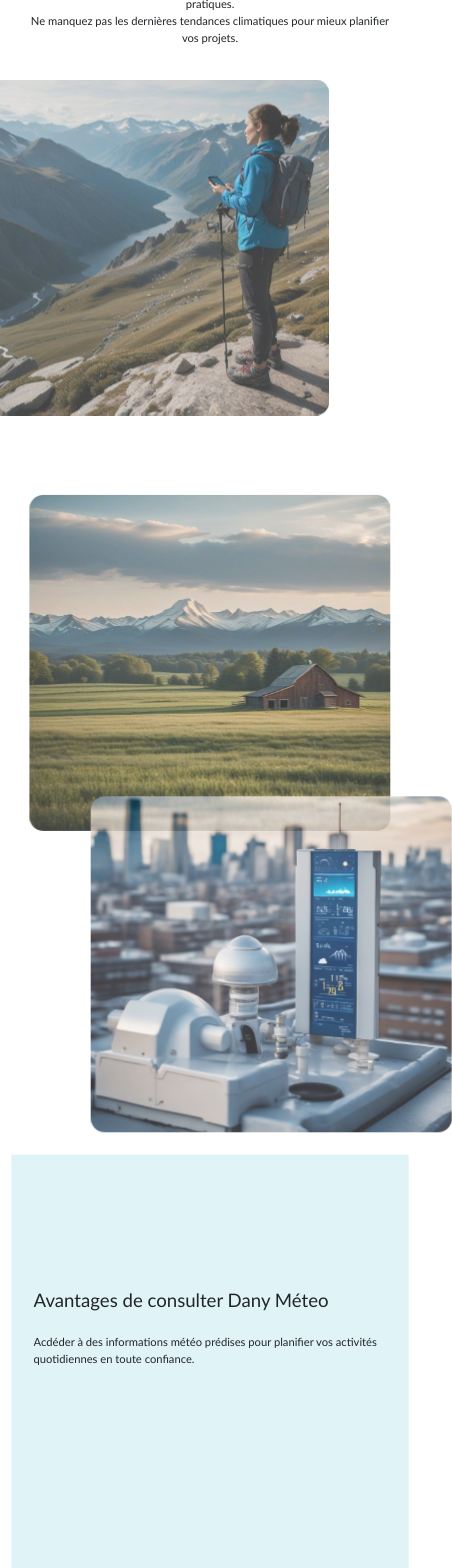
Repository: Dany-py/Meteo
Page: Meteo/templates/Accueil.html
The author's editor kept a copy of each file at every save. The page is drawn from the files as they stood at one save, then again after a run of saves.
The browser window is 600 px wide. The page is 646 px wide, then 600 px, so the pictures cover 646 px, including what lies to the right of the window. The pictures show the part of the page from y = 1012 to 3252 px (the page is 4440 px tall), at 70% of full size.
The template is drawn by Django 5.2. The application's start-up code is not run. Other server files are loaded and not shown. The template is opened directly, without the code that normally fills it, so the values that code supplies are empty.

Above is the page before, as saved 2024-11-27 13:26:09.
Console error: TypeError: Cannot read properties of null (reading 'addEventListener')

### MeteoDjango/MeteoDjango/Meteo/templates/Accueil.html
{% load static %}

<!DOCTYPE html>
<html>

<head>
  <meta charset="utf-8">
  <meta name="viewport" content="width=device-width">
  <title>Accueil</title>
  <link href="https://cdn.jsdelivr.net/npm/bootstrap@5.3.3/dist/css/bootstrap.min.css" rel="stylesheet" integrity="sha384-QWTKZyjpPEjISv5WaRU9OFeRpok6YctnYmDr5pNlyT2bRjXh0JMhjY6hW+ALEwIH" crossorigin="anonymous">
  <script src="https://cdn.jsdelivr.net/npm/bootstrap@5.3.3/dist/js/bootstrap.bundle.min.js" integrity="sha384-YvpcrYf0tY3lHB60NNkmXc5s9fDVZLESaAA55NDzOxhy9GkcIdslK1eN7N6jIeHz" crossorigin="anonymous"></script>

  <link rel="stylesheet" href="{% static 'css/accueil.css' %}">
</head>

<body>
  <nav class="navbar navbar-expand-md" style="background-color:#FBFCFC; position: fixed; width: 100%; top: 0;">

    <div class="container" id="nav">
      <div class="row">
        <div class="col-md-5"></div>
        <div class="col-md-7">
          <div class="row">
            <div class="col-md-4">
              <a class = "btn" href = "{% url 'Meteo:accueil' %}">
                Accueil
              </a>
            </div>
            <div class="col-md-4">
              <a class = "btn" href = "{% url 'Meteo:about' %}">
                About
              </a>
            </div>
            <div class="col-md-4">
              <a class = "btn" href = "{% url 'Meteo:contact' %}">
                Contacts
              </a>
            </div>
          </div>
        </div>
      </div>
    </div>
  </nav>

  <div class = "container-fluid" id = "introduction">

    <h1>Bienvenue sur Dany Meteo</h1>
    <br><br><br><br>
    <p>Découvrez les prévisions météo locales et des conseils pratiques pour comprendre les tendances climatiques.</p>
    <br><br><br><br>
    <a href="#main_div">Commençons</a>
  </div>


  <div class = "container" id = "div3">
    <h3>
      Explorez les Ressources Météo Locales
    </h3><br><br>
    <p>
      Restez informé avec nos prévisions locales détaillées et nos conseils pratiques.<br>Ne manquez pas les dernières tendances climatiques pour mieux planifier vos projets.
    </p>

    <div class="row">
      <div class="col-md-4">
        <img src="{% static 'img/img2.jpg' %}" id = "slide1" alt="">
      </div>
      <div class="col-md-4">
        <img src="{% static 'img/img1.jpg' %}" id = "slide2"alt="">
      </div>
      <div class="col-md-4">
        <img src="{% static 'img/img4.jpeg' %}" id = "slide3" alt="">
      </div>
    </div>
  </div>


  <div class="container-fluid" id="div2">
    <div class="writen">
      <h2>Avantages de consulter Dany Méteo</h2> <br>
      <p>Acdéder à des informations météo prédises pour planifier vos activités quotidiennes en toute confiance.</p>

    </div>

    <div class="figure">
      <img src="{% static 'img/img3.jpg' %}">

      <span class="under_figure">
        <img src="{% static 'img/neige.png' %}" id="icon1">
        <h3>1.245</h3><br>
        <p>Prédictions météo exacte ce mois-ci</p>
      </span>
    </div>
  </div>

  <div class = "container" id="parent_main_div">
    <div class = "row">
      <div class = "col-md-4"></div>
      <div class = "col-md-4" id = "main_div">
        <input type="text" placeholder="Ville">
        <br><br>
        <button id = "Valider">Valider</button>
      </div>
      <div class = "col-md-4"></div>
    </div>
  </div>



  <div class = "container text-center" id="img5" style="margin-top: 2em;">
    <h4>Votre satisfaction est notre préocupation</h4>

    <img src="{% static 'img/img5.jpeg' %}">
  </div>

  <footer>
    <div class="container-fluid text-center">
      <p1>
        <br><br><br>
        Copyright &copy; 2024 Dany Meteo. Tous droits réservés.
      </p1>
    </div>
  </footer>
  <script src="{% static 'js/Accueil.js' %}" type = module></script>
</body>

</html>

### MeteoDjango/MeteoDjango/Meteo/static/css/accueil.css

body{
  font-family: Gill Sans, sans-serif;
  padding: 1em;
  align-items: center;
  justify-content: center;
}

button{
  background-color: #5eed8d;
  text-align: center;
  border : none;
  border-radius: 30px;
  width : 9rem;
  height: 50px;
}

h{
  font-weight: 900;
}


#introduction{
  text-align: center;
  margin-top: 2em;
  padding: 13em;
  border-radius: 2px;
  background: rgb(238,238,238);
  background: linear-gradient(34deg, rgba(238,238,238,0.34905660377358494) 26%, rgba(166,219,238,1) 46%, rgba(241,244,245,1) 71%);
}

a{
  text-decoration: none;
  color: black;
  background-color: #f0c85b;
  text-align: center;
  border : none;
  border-radius: 30px;
}

@keyframes slide {
  0% {

    opacity: 0;
  }
  100% {

    opacity: 1;
  }
}

@keyframes slideIn {
  0% {
    transform: translateX(-100%);
    opacity: 0;
  }
  100% {
    transform: translateX(0);
    opacity: 1;
  }
}

@keyframes slideOut {
  0% {
    transform: translateX(100%);
    opacity: 0;
  }
  100% {
    transform: translateX(0);
    opacity: 1;
  }
}

@keyframes slideDown {
  0% {
    transform: translateY(100%);
    opacity: 0;
  }
  100% {
    transform: translateX(0);
    opacity: 1;
  }
}


#img5{
  width: 100%;
  height: 70%;
  animation: slide 7s ease-in-out infinite;
}

img{
  width: 100%;
  height: 30rem;
  border-radius: 20px;
  margin-top: 2em;

}

#parent_main_div{
  display: flex;
  flex-grow: 1;
  flex-direction: column;
  justify-content: center;
  align-items: center;
}

#main_div{
  display: flex;
  flex-wrap: wrap;
  flex-direction: column;
  justify-content: center;
  align-items: center;
  background-color: #c8eef5;
  margin-top: 2em;
  width : 25rem;
  height: 20rem;
  border-radius: 30px;
}


input{
  border: none;
  text-align : center;
  width : 11rem;
  height: 3em;
  border-radius : 20px;
}


#div2{
  background-color: #e0f4f8;
  margin-top: 7em;
  padding: 5rem;
  width: 100%;
  height: 55rem;
}

.writen{
  transform: translateY(20rem);
}
.figure{
  float: right;
  width: 25rem;
  height: 10rem;
  display: flex;
  flex-grow: 1;
}
.figure img{
  border-radius: 0;
  flex-grow: 1;
}

.under_figure{
  background-color: #73a6e0;
  width: 25rem;
  height: 15rem;
  position: absolute;
  padding: 2em;
  margin-top: 20em;
}

#icon1{
  width: 3rem;
  height: 3rem;
}

#div3{
  text-align: center;
  margin-top: 3em;
}

#div3 img{
  -webkit-transition: all 0.2s;
  -moz-transition: all 0.2s;
  -ms-transition: all 0.2s;
  -o-transition: all 0.2s;
  transition: all 0.2s;
}

#div3 img:hover{
  transform:rotate3d(0,1,0,180deg);
}

#slide1{
  animation: slideIn 7s ease-in-out infinite;
}

#slide2{
  animation: slideDown 7s ease-in-out infinite;
}

#slide3{
  animation: slideOut 7s ease-in-out infinite;
}

footer{
  background-color: black;
  color: white;
  margin-top: 2em;
  width: 100%;
  height: 10em;
}

@media screen and (max-width : 767px) {

  #introduction{
    text-align: center;
    margin-top: 2em;
    width: 15rem;
    height: 50rem;
    padding: 5em;
    border-radius: 2px;
    background: rgb(238,238,238);
    background: linear-gradient(34deg, rgba(238,238,238,0.34905660377358494) 26%, rgba(166,219,238,1) 46%, rgba(241,244,245,1) 71%);
  }


  #main_div{
    display: flex;
    flex-wrap: wrap;
    flex-direction: column;
    justify-content: center;
    align-items: center;
    background-color: #c8eef5;
    margin-top: 2em;
    width : 15rem;
    height: 20rem;
    border-radius: 30px;
  }

  #div2{
    margin-top: 2em;
    padding: 2rem;
    width: 100%;
    height: 40rem;
  }
  #slide1{
    animation: slideIn 7s ease-in-out infinite;
  }

  #slide2{
    animation: slideDown 7s ease-in-out infinite;
  }

  #slide3{
    animation: slideOut 7s ease-in-out infinite;
  }
  .writen{
    transform: translateY(10rem);
  }
  .figure{
    display: none;
  }
}

### MeteoDjango/MeteoDjango/Meteo/static/js/Accueil.js

addEventListener("DOMContentLoaded", () => Ma_signature());

const input = document.querySelector("#input");

const response = document.querySelector("#response");

const button = document.querySelector("#btn");

button.addEventListener("click", () => Meteo_API());

function Meteo_API() {
  if(input.value == ""){
    alert("Veuillez saisir une ville");
  } else {
    fetch('api_request_view/', {
      method: 'POST',
      headers: {
        'Content-Type': 'application/json',
      },
      body: JSON.stringify({
        'town': input.value,
      })
    }).then((response) => {
      return response.json();
    }).then((data) => {
      const data_text = document.createElement("p");
      data_text.innerText = data.message;
      console.log(data);
      response.innerText = ""; // Assure que l'élément "response" est vidé
      response.appendChild(data_text); // Ajoute le paragraphe au DOM
    }).catch((error) => {
      console.error("Erreur lors de la requête:", error);
    });
  }
}



function Ma_signature() {
  const p =
    "Site réaliser par DEGBE Koffitsè Daniel. Contact : www.linkedin.com/in/daniel-degbe-a4078629b";
  console.log(p);
}

After the next 8 saves:
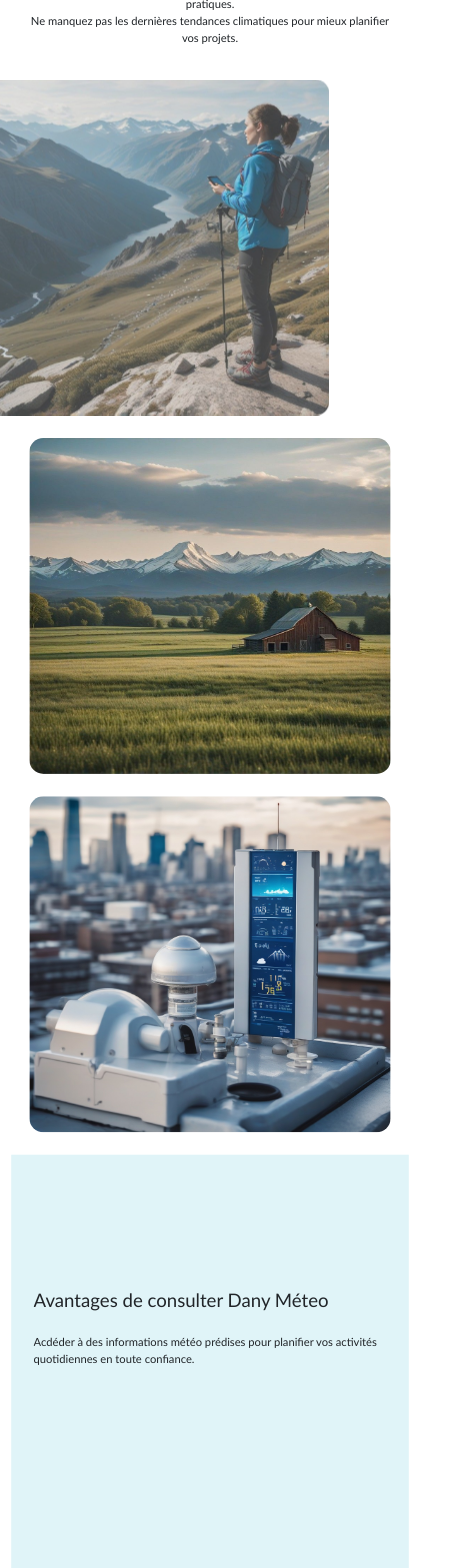
The 8 saves are shown as one change because they came seconds apart.
The last was saved 28 s later.
--- a/MeteoDjango/MeteoDjango/Meteo/static/css/accueil.css
+++ b/MeteoDjango/MeteoDjango/Meteo/static/css/accueil.css
@@ -236,15 +236,15 @@ footer{
     height: 40rem;
   }
   #slide1{
-    animation: slideIn 7s ease-in-out infinite;
+    animationnone;
   }
 
   #slide2{
-    animation: slideDown 7s ease-in-out infinite;
+    animation: none;
   }
 
   #slide3{
-    animation: slideOut 7s ease-in-out infinite;
+    animation:none;
   }
   .writen{
     transform: translateY(10rem);
